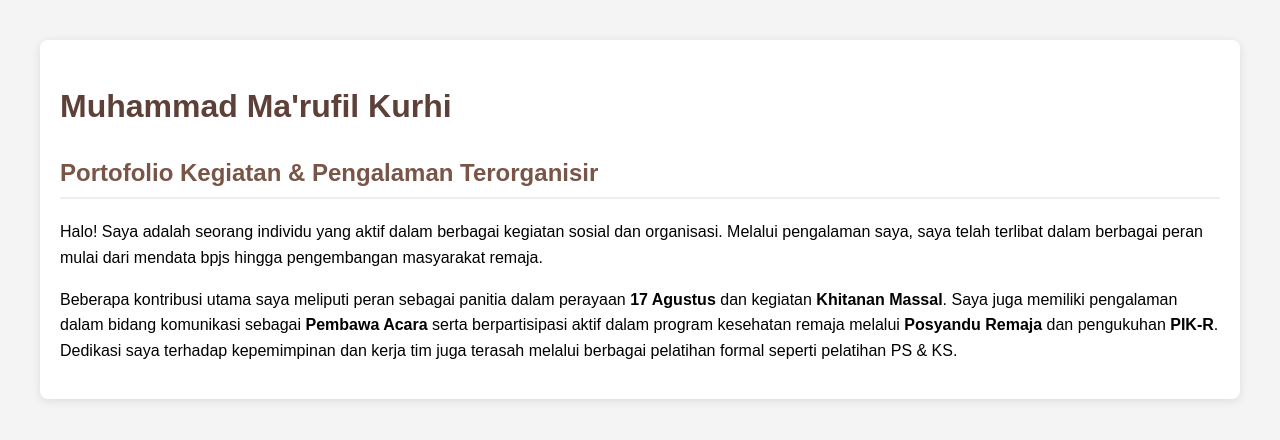
Repository: rufi1126/241552010002-Web-Application-Development
Page: p-2/latihan1.html
These files come from the project's save history. The page is drawn as it stood at one moment and after the next save; the edit follows.
The browser window is 1280 px wide. The pictures show the whole page.

Above is the page before, as saved 2026-02-27 17:22:42.

### p-2/latihan1.html
<!DOCTYPE html>
<html lang="id">
<head>
    <meta charset="UTF-8">
    <meta name="viewport" content="width=device-width, initial-scale=1.0">
    <title>Portofolio Muhammad Ma'rufil Kurhi</title>
    <style>
        body {
            font-family: Arial, sans-serif;
            line-height: 1.6;
            margin: 40px;
            background-color: #f4f4f4;
        }
        .container {
            background: white;
            padding: 20px;
            border-radius: 8px;
            box-shadow: 0 2px 10px rgba(0,0,0,0.1);
        }
        h1 {
            color: #5d4037;
        }
        h2 {
            color: #795548;
            border-bottom: 2px solid #eee;
            padding-bottom: 5px;
        }
    </style>
</head>
<body>

    <div class="container">
        <h1>Muhammad Ma'rufil Kurhi</h1>
        <h2>Portofolio Kegiatan & Pengalaman Terorganisir</h2>

        <p>
            Halo! Saya adalah seorang individu yang aktif dalam berbagai kegiatan sosial dan organisasi.
            Melalui pengalaman saya, saya telah terlibat dalam berbagai peran mulai dari mendata bpjs
            hingga pengembangan masyarakat remaja.
        </p>

        <p>
            Beberapa kontribusi utama saya meliputi peran sebagai panitia dalam perayaan <strong>17 Agustus</strong>
            dan kegiatan <strong>Khitanan Massal</strong>. Saya juga memiliki pengalaman dalam bidang komunikasi
            sebagai <strong>Pembawa Acara</strong> serta berpartisipasi aktif dalam program kesehatan remaja melalui
            <strong>Posyandu Remaja</strong> dan pengukuhan <strong>PIK-R</strong>. Dedikasi saya terhadap kepemimpinan
            dan kerja tim juga terasah melalui berbagai pelatihan formal seperti pelatihan PS & KS.
        </p>
    </div>

</body>
</html>

After the next save:
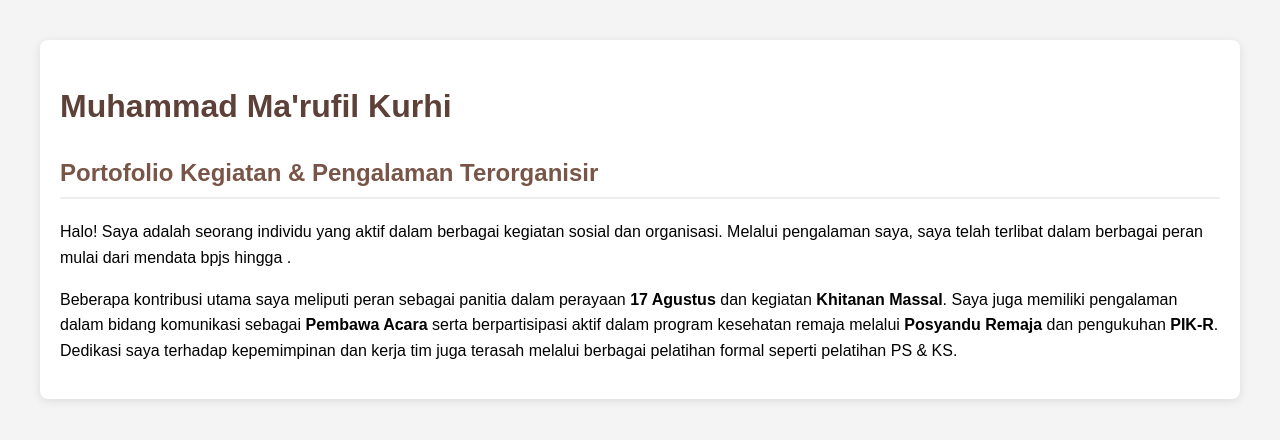
Saved 11 s later.
--- a/p-2/latihan1.html
+++ b/p-2/latihan1.html
@@ -36,7 +36,7 @@
         <p>
             Halo! Saya adalah seorang individu yang aktif dalam berbagai kegiatan sosial dan organisasi.
             Melalui pengalaman saya, saya telah terlibat dalam berbagai peran mulai dari mendata bpjs
-            hingga pengembangan masyarakat remaja.
+            hingga .
         </p>
 
         <p>
